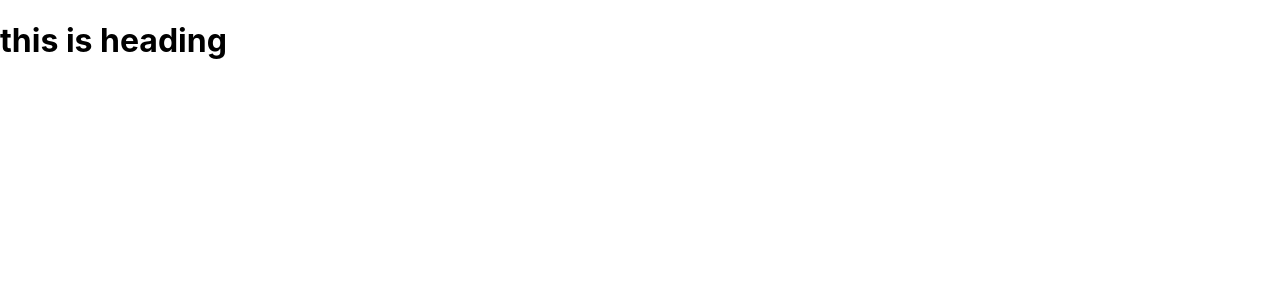
Repository: viveknaidu007/repo-117-ReactJS
Page: / (app in src/9.vivek/)
These files come from the project's save history. The page is drawn as it stood at one moment and after the next save; the edit follows.
The browser window is 1280 px wide. The pictures show the whole page.
The project was rebuilt for these pictures with package versions that can differ from the ones it lists, and the page was loaded fresh each time.

Above is the page before, as saved 2024-07-03 16:41:01.

After the next save:
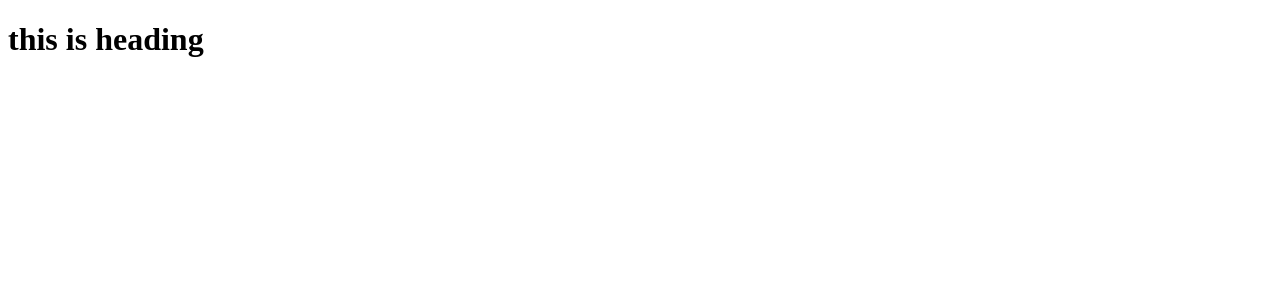
Saved 2 min 25 s later.
--- a/src/9.vivek/src/index.js
+++ b/src/9.vivek/src/index.js
@@ -1,8 +1,7 @@
 import React from 'react';
 import ReactDOM from 'react-dom/client';
-import './index.css';
 import App from './App';
-import reportWebVitals from './reportWebVitals';
+
 
 const root = ReactDOM.createRoot(document.getElementById('root'));
 
--- a/src/9.vivek/src/App.js
+++ b/src/9.vivek/src/App.js
@@ -1,3 +1,15 @@
+// one way
+
+/*
 export default function App(){
   return (<h1> this is heading</h1>)
 }
+*/
+
+// we can do in this below:
+
+function App(){
+  return (<h1> this is heading </h1>)
+}
+
+export default App
